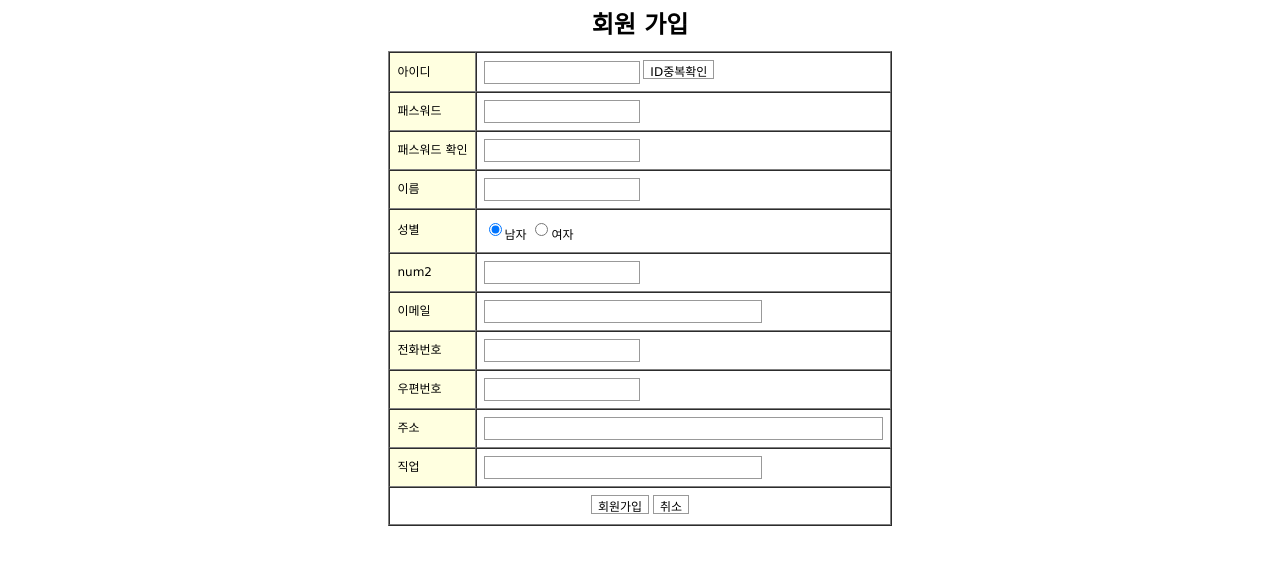
Repository: leekyengho/zodiac
Page: http://localhost/jsphomepage/homepage/member.jsp
These files come from the project's save history. The page is drawn as it stood at one moment and after the next save; the edit follows.
The browser window is 1280 px wide. The pictures show the whole page.
The page is served by Tomcat 9. Other server files are loaded and not shown.

Above is the page before, as saved 2016-11-27 13:32:51.

### jsphomepage/WebContent/homepage/member.jsp
<%@ page language="java" contentType="text/html; charset=EUC-KR"
    pageEncoding="EUC-KR"%>
<!DOCTYPE html PUBLIC "-//W3C//DTD HTML 4.01 Transitional//EN" "http://www.w3.org/TR/html4/loose.dtd">
<html>
<head>
<meta http-equiv="Content-Type" content="text/html; charset=EUC-KR">
<title>Insert title here</title>
</head>
<body>
<div align=center>
<h1>회원 가입</h1>
<link href="style.css" rel="stylesheet" type="text/css">
<script type="text/javascript" src="script.js"></script>
<script type="text/javascript">
	function idCheck(id) {
		frm = document.regFrm;
		if(id=="") {
			alert("아이디를 입력하세요.");
			frm.id.focus();
			return;
		}
		url = "idCheck.jsp?id=" + id;
		window.open(url, "IDCheck", "width=300, heigth=150");
	}

	function zipCheck() {
		url = "zipCheck.jsp?check=y";
		window.open(url, "ZipCodeSearch", "width=500, height=300, scrollbars=yes");
	}
</script>
	<form name=memberFrm  method="post" action="memberProc.jsp">
		<table border=1 cellpadding=7 cellspacing=0 >
			<tr>
				<td bgcolor=lightyellow>아이디 </td>
    			<td align=left><input type="text" name="id"  maxlength=20>
    			<input type="button" value="ID중복확인" onClick="idCheck(this.form.id.value)">
    			</td>
    		</tr>
			<tr>
				<td bgcolor=lightyellow>패스워드 </td>
    			<td align=left><input type="password" name="passwd"  maxlength=20></td>
    		</tr>
			<tr>
				<td bgcolor=lightyellow>패스워드 확인 </td>
  			    <td align=left><input type="password" name="repasswd"  maxlength=20></td>
  			</tr>
			<tr>
				<td bgcolor=lightyellow>이름 </td>
    			<td align=left><input type="text" name="name"  maxlength=20/></td>
    		</tr>
			<tr>
				<td bgcolor=lightyellow>성별</td>
   				<td align=left><input type="radio" name="gender" value="남자" checked>남자
   				<input type="radio" name="gender" value="여자">여자
   				</td>
   			</tr>
			<tr>
				<td bgcolor=lightyellow>num2 </td>
  				<td align=left><input type="text" name="num2"  maxlength=7 ></td>
  			</tr>
			<tr>
				<td bgcolor=lightyellow>이메일 </td>
  				<td align=left><input type="text" name="email" maxlength=30 size=40></td>
  			</tr>
			<tr>
				<td bgcolor=lightyellow>전화번호 </td>
  				<td align=left><input type="text" name="phone" maxlength=30></td>
  			</tr>
			<tr>
				<td bgcolor=lightyellow>우편번호</td>
   				<td align=left><input type="text" name="zipcode" maxlength=7></td>
   			</tr>
			<tr>
				<td bgcolor=lightyellow>주소 </td>
    			<td align=left><input type="text" name="address" maxlength=30 size=60></td>
    		</tr>
			<tr>
				<td bgcolor=lightyellow>직업</td>
   				<td align=left><input type="text" name="job" maxlength=30 size=40></td>
   			</tr>
			<tr>
				<td colspan=2 align=center><input type="submit" value="회원가입">
    			<input type="reset" value="취소"></td>
    		</tr>
		</table>
	</form>
</div>
</body>
</html>

### jsphomepage/WebContent/homepage/style.css
BODY {
	FONT-SIZE: 9pt; COLOR: black; LINE-HEIGHT: 160%; FONT-FAMILY: 굴림,verdana,tahoma
}
TD {
	FONT-SIZE: 9pt; COLOR: black; LINE-HEIGHT: 160%; FONT-FAMILY: 굴림,verdana,tahoma
}
SELECT {
	FONT-SIZE: 9pt; COLOR: black; LINE-HEIGHT: 160%; FONT-FAMILY: 굴림,verdana,tahoma
}
DIV {
	FONT-SIZE: 9pt; COLOR: black; LINE-HEIGHT: 160%; FONT-FAMILY: 굴림,verdana,tahoma
}
FORM {
	FONT-SIZE: 9pt; COLOR: black; LINE-HEIGHT: 160%; FONT-FAMILY: 굴림,verdana,tahoma
}
TEXTAREA {
	BORDER-RIGHT: 1px solid #999999; BORDER-TOP: 1px solid #999999; FONT-SIZE: 9pt; BORDER-LEFT: 1px solid #999999 ; COLOR: BLACK; BORDER-BOTTOM: 1px solid #999999; FONT-FAMILY: 굴림,verdana; BACKGROUND-COLOR: white
}
INPUT {
	BORDER-RIGHT: 1px solid #999999; BORDER-TOP: 1px solid #999999; FONT-SIZE: 9pt; BORDER-LEFT: 1px solid #999999; COLOR: BLACK; BORDER-BOTTOM: 1px solid #999999; FONT-FAMILY: 굴림,verdana; HEIGHT: 19px; BACKGROUND-COLOR: white
}

A:link {text-decoration:none;color:#696969}
A:hover{text-decoration:yes;color:#66CCFF}
A:visited {text-decoration:none;color:#330066}

### jsphomepage/WebContent/homepage/script.js
function loginCheck(){
	if(document.login.mem_id.value==""){
		alert("아이디를를 입력해 주세요.");
		document.login.mem_id.focus();
		return;
	}
	if(document.login.mem_passwd.value==""){
		alert("비밀번호를 입력해 주세요.");
		document.login.mem_passwd.focus();
		return;
	}
	document.login.submit();
}

function memberReg(){
	document.location="Register.jsp";
}

function inputCheck(){
	if(document.regForm.mem_id.value==""){
		alert("아이디를 입력해 주세요.");
		document.regForm.mem_id.focus();
		return;
	}
	if(document.regForm.mem_passwd.value==""){
		alert("비밀번호를 입력해 주세요.");
		document.regForm.mem_passwd.focus();
		return;
	}
	if(document.regForm.mem_repasswd.value==""){
		alert("비밀번호를 확인해 주세요");
		document.regForm.mem_repasswd.focus();
		return;
	}
	if(document.regForm.mem_name.value==""){
		alert("이름을 입력해 주세요.");
		document.regForm.mem_name.focus();
		return;
	}
	if(document.regForm.mem_num1.value==""){
		alert("주민번호을 입력해 주세요.");
		document.regForm.mem_num1.focus();
		return;
	}
	if(document.regForm.mem_num2.value==""){
		alert("주민번호을 입력해 주세요.");
		document.regForm.mem_num2.focus();
		return;
	}
	if(document.regForm.mem_email.value==""){
		alert("이메일을 입력해 주세요.");
		document.regForm.mem_email.focus();
		return;
	}
	if(document.regForm.mem_phone.value==""){
		alert("연락처를 입력해 주세요.");
		document.regForm.mem_phone.focus();
		return;
	}
	if(document.regForm.mem_job.value=="0"){
		alert("직업을 선택해 주세요.");
		document.regForm.mem_job.focus();
		return;
	}

	if(document.regForm.mem_passwd.value != document.regForm.mem_repasswd.value){
		alert("비밀번호가 일치하지 않습니다.");
		document.regForm.mem_repasswd.focus();
		return;
	}
	document.regForm.submit();
}

//ID중복체크시 검사
function idCheck(id){
	if(id == ""){
		alert("아이디를 입력해 주세요.");
	}else{
		url="IdCheck.jsp?mem_id=" + id;
		window.open(url,"post","width=300,height=150");
	}
}

function zipCheck(){
		url="ZipCheck.jsp?check=y";
		window.open(url,"post","toolbar=no ,width=500 ,height=300 ,directories=no,status=yes,scrollbars=yes,menubar=no");
}

function win_close(){
	self.close();
}

After the next save:
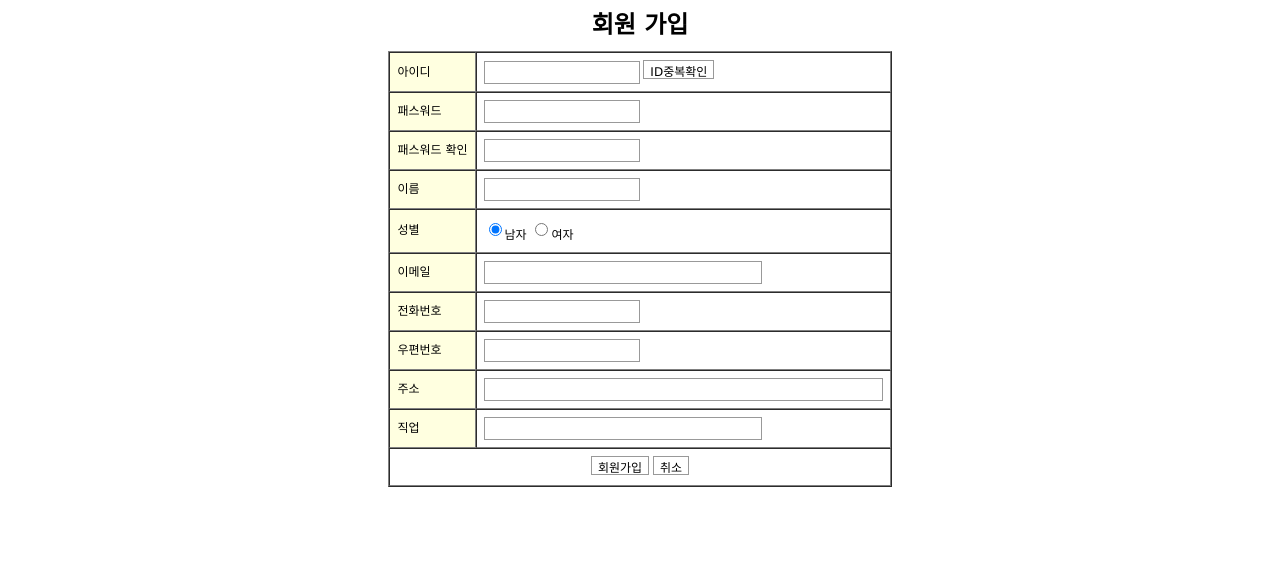
Saved 44 min 3 s later.
--- a/jsphomepage/WebContent/homepage/member.jsp
+++ b/jsphomepage/WebContent/homepage/member.jsp
@@ -55,10 +55,6 @@
    				</td>
    			</tr>
 			<tr>
-				<td bgcolor=lightyellow>num2 </td>
-  				<td align=left><input type="text" name="num2"  maxlength=7 ></td>
-  			</tr>
-			<tr>
 				<td bgcolor=lightyellow>이메일 </td>
   				<td align=left><input type="text" name="email" maxlength=30 size=40></td>
   			</tr>
